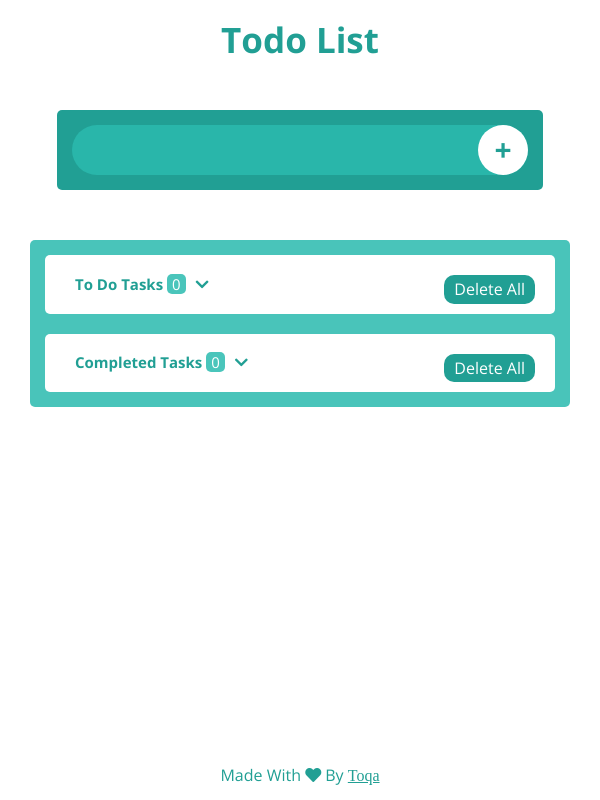
Repository: Toqa-25/todo-list
Page: index.html
The author's editor kept a copy of each file at every save. The page is drawn from the files as they stood at one save, then again after the next save.
The browser window is 600 px wide. The pictures show the whole page.
Some web fonts or font styles are not loaded; a fallback is used.

Above is the page before, as saved 2022-02-07 16:47:32.

After the next save:
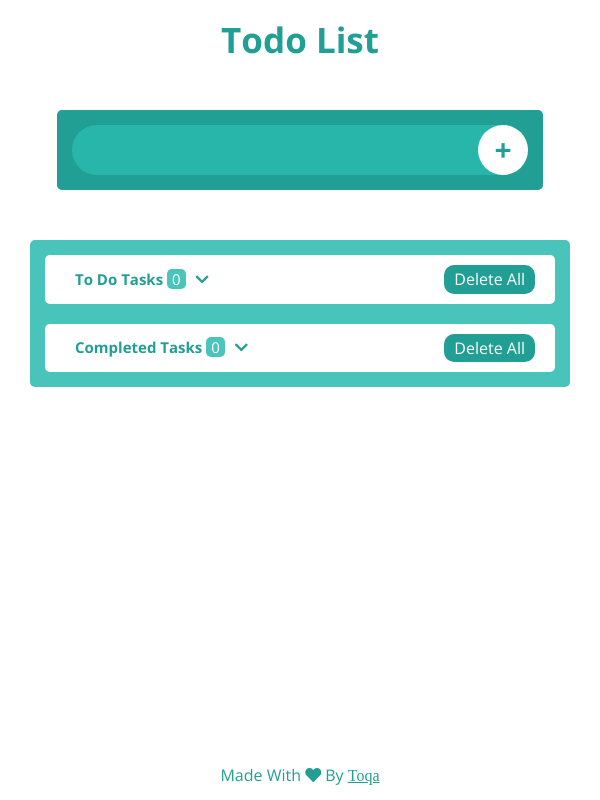
Saved 5 s later.
--- a/css/style.css
+++ b/css/style.css
@@ -299,10 +299,10 @@ margin: 16px auto;
     /* .todo-list-header-group {
         flex-direction: column;
     } */
-    .todo-list-header-group .btn{
+    /* .todo-list-header-group .btn{
         margin-left: 8px;
         margin-top: 10px;
-    }
+    } */
     .todo-list-head {
     font-size: 15px;
     }
